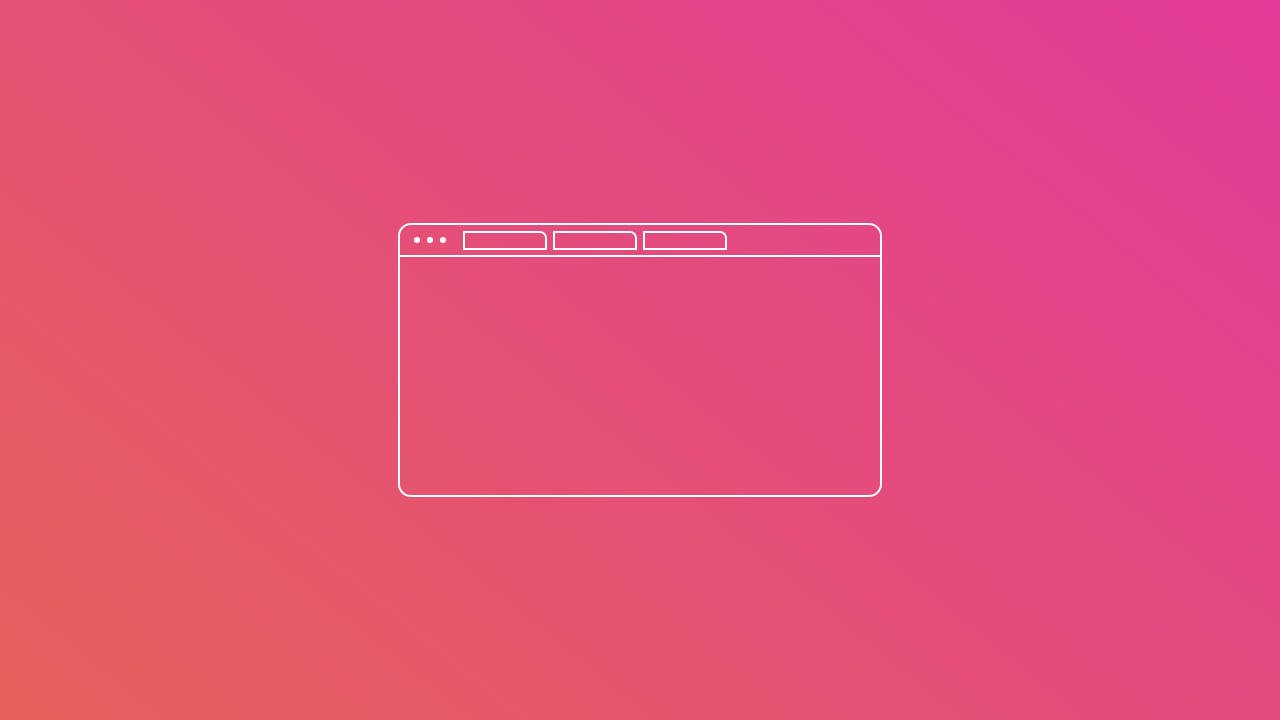
Repository: wrzonki/3d-css
Page: index.html
These files come from the project's save history. The page is drawn as it stood at one moment and after the next save; the edit follows.
The browser window is 1280 px wide. The pictures show the whole page.
The style sheet was rebuilt from its Sass, Less or Tailwind sources for each picture, by a compiler version that may differ from the author's.

Above is the page before, as saved 2019-11-25 21:20:11.

### index.html
<!DOCTYPE html>
<html lang="en">
<head>
    <meta charset="UTF-8">
    <meta name="viewport" content="width=device-width, initial-scale=1.0">
    <meta http-equiv="X-UA-Compatible" content="ie=edge">
    <link rel="stylesheet" href="index.css">
    <title>Document</title>
</head>
<body>
    <div id="wrapper">
        <div id="device" class="desktop">
            <div class="nav">
                <div class="dots">
                    <div class="dot"></div>
                    <div class="dot"></div>
                    <div class="dot"></div>
                </div>
                <div class="tabs">
                    <div class="tab"></div>
                    <div class="tab"></div>
                    <div class="tab"></div>
                </div>
            </div>
        </div>
    </div>
</body>
</html>

### index.scss
body {
    margin: 0;
    padding: 0;
}

#wrapper {
    width: 100vw;
    height: 100vh;
    display: flex;
    justify-content: center;
    align-items: center;
    background: linear-gradient(219deg, #dc00ff, #ec9400);
    background-size: 400% 400%;
    -webkit-animation: AnimationName 13s ease infinite;
    -moz-animation: AnimationName 13s ease infinite;
    -o-animation: AnimationName 13s ease infinite;
    animation: AnimationName 13s ease infinite;
    @-webkit-keyframes AnimationName {
        0%{background-position:22% 0%}
        50%{background-position:79% 100%}
        100%{background-position:22% 0%}
    }
    @-moz-keyframes AnimationName {
        0%{background-position:22% 0%}
        50%{background-position:79% 100%}
        100%{background-position:22% 0%}
    }
    @-o-keyframes AnimationName {
        0%{background-position:22% 0%}
        50%{background-position:79% 100%}
        100%{background-position:22% 0%}
    }
    @keyframes AnimationName {
        0%{background-position:22% 0%}
        50%{background-position:79% 100%}
        100%{background-position:22% 0%}
    }
}


#device {
    border: 2px solid #fff;
    border-radius: 13px;
    position: relative;
    .nav {
        $height: 30px;
        width: 100%;
        height: $height;
        position: relative;
        border-bottom: 2px solid #fff;
        display: flex;
        justify-content: flex-start;
        align-items: center;
        .dots {
            width: 40px;
            height: $height;
            display: flex;
            justify-content: space-around;
            align-items: center;
            margin-left: 10px;
            .dot {
                width: 6px;
                height: 6px;
                border-radius: 50%;
                background-color: #fff;
            }
        }
        .tabs {
            width: 90px * 3;
            height: 100%;
            display: flex;
            justify-content: space-around;
            align-items: center;
            margin-left: 10px;
        }
        .tab {
            border-top-right-radius: 7px;
            width: 80px;
            height: 15px;
            border: 2px solid #fff;
        }
    }

    $desktopRatioScale: 30px;
    $desktopWidth: 16 ;
    $desktopheight: 9;

    $tabletRatioScale: 80px;
    $tabletWidth: 3;
    $tabletheight: 4;

    $smartphoneRatioScale: 20px;
    $smartphoneWidth: 9;
    $smartphoneheight: 19.5;


    &.desktop {
        width: $desktopWidth * $desktopRatioScale;
        height: $desktopheight * $desktopRatioScale;
        .bar {
            top: 30px;
        }
    }
    &.tablet {
        width: $tabletWidth * $tabletRatioScale;
        height: $tabletheight * $tabletRatioScale;
    }
    &.smartphone {
        width: $smartphoneWidth * $smartphoneRatioScale;
        height: $smartphoneheight * $smartphoneRatioScale;
    }

}

After the next save:
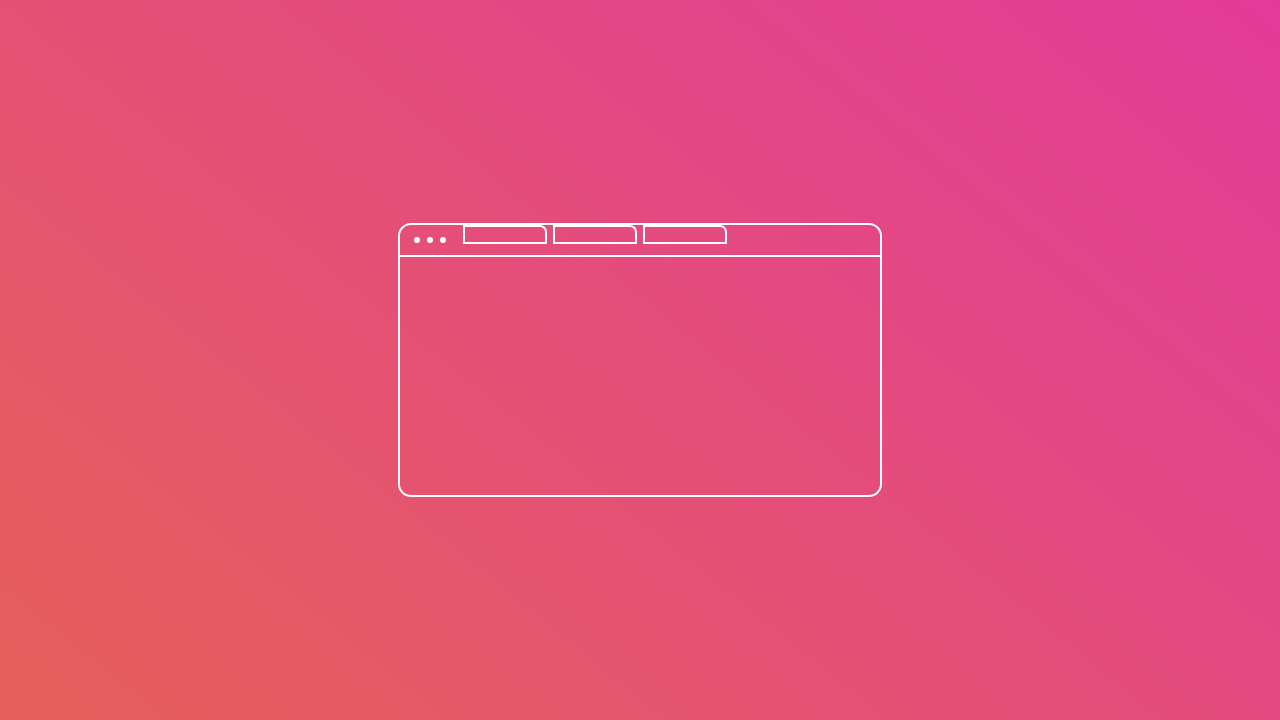
Saved 5 s later.
--- a/index.scss
+++ b/index.scss
@@ -70,7 +70,7 @@ body {
             height: 100%;
             display: flex;
             justify-content: space-around;
-            align-items: center;
+            align-items: baseline;
             margin-left: 10px;
         }
         .tab {
